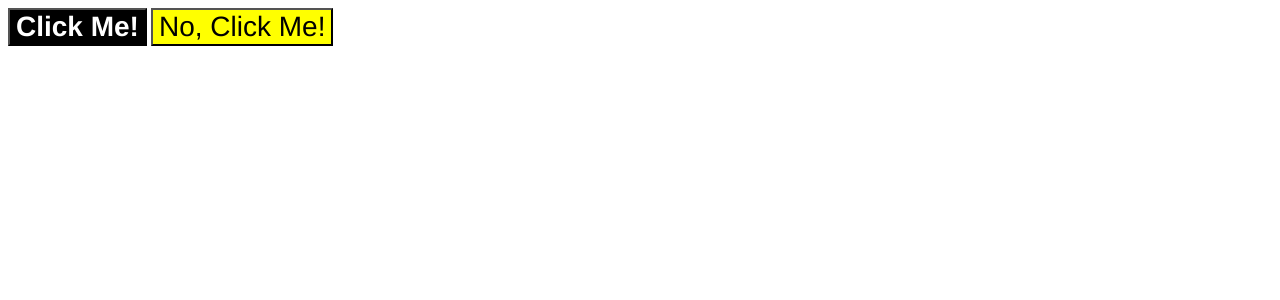
Repository: bbrockbrown/css-exercises
Page: foundations/03-grouping-selectors/index.html
The author's editor kept a copy of each file at every save. The page is drawn from the files as they stood at one save, then again after the next save.
The browser window is 1280 px wide. The pictures show the whole page.

Above is the page before, as saved 2024-07-08 13:07:37.

### foundations/03-grouping-selectors/style.css
.click {
    background-color: rgb(0, 0, 0);
    color: white;
    font-weight: bold;
}

.no-click {
    background-color: yellow;
}

.no-click, .click {
    font-size: 28px;
    font-family: Helvetica, "Times New Roman", sans-serif;
}

Loaded but not shown: foundations/03-grouping-selectors/index.html (common file)

After the next save:
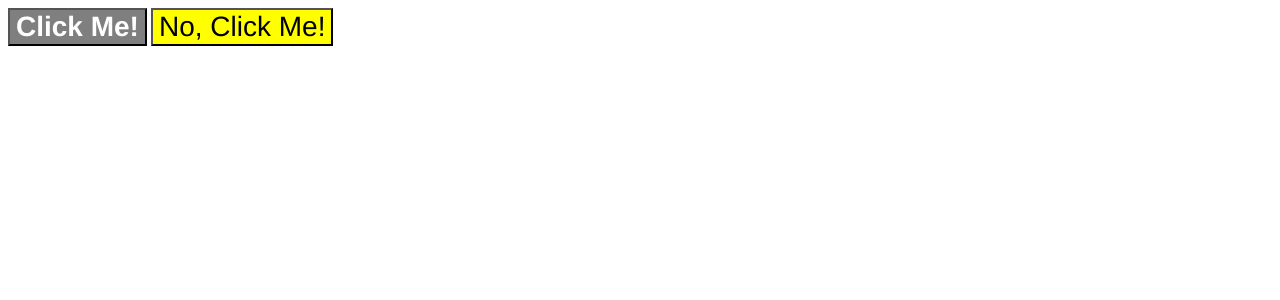
Saved 97 s later.
--- a/foundations/03-grouping-selectors/style.css
+++ b/foundations/03-grouping-selectors/style.css
@@ -1,5 +1,5 @@
 .click {
-    background-color: rgb(0, 0, 0);
+    background-color: rgb(0, 0, 0, .5);
     color: white;
     font-weight: bold;
 }
